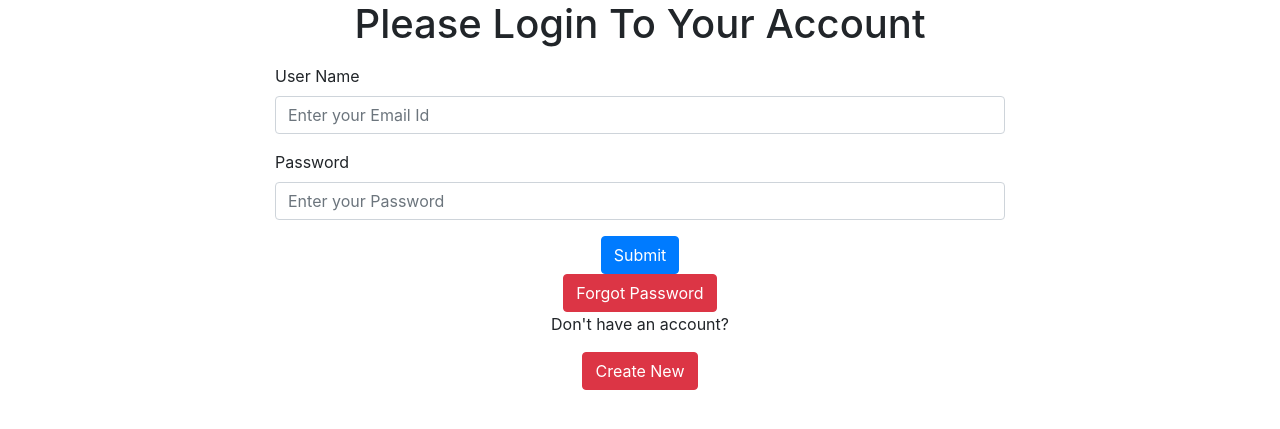
Repository: davidroshan/JRTP
Page: http://localhost/login
An editor plug-in stored every save of this project. The page is shown before and after the next save, followed by the edit.
The browser window is 1280 px wide. The pictures show the whole page.
The page is this project's Thymeleaf template; nobody is signed in. The template is opened directly, without the code that normally fills it, so the values that code supplies are empty.

Above is the page before, as saved 2023-04-23 11:23:48.

After the next save:
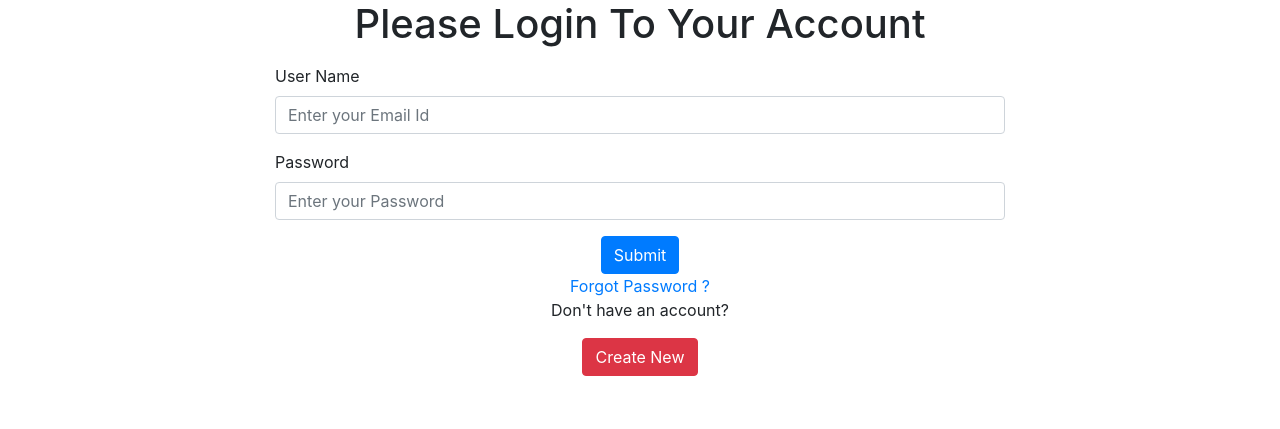
Saved 81 s later.
--- a/Front_Office_Team_Portal/src/main/resources/templates/login.html
+++ b/Front_Office_Team_Portal/src/main/resources/templates/login.html
@@ -61,7 +61,7 @@
                          <div class="container">
                               <div class="text-center">
                               <a href="forget">
-                                <button class="btn btn-danger">Forgot Password</button>
+                                Forgot Password ?
                              </a>
                              </div>
                          </div>
